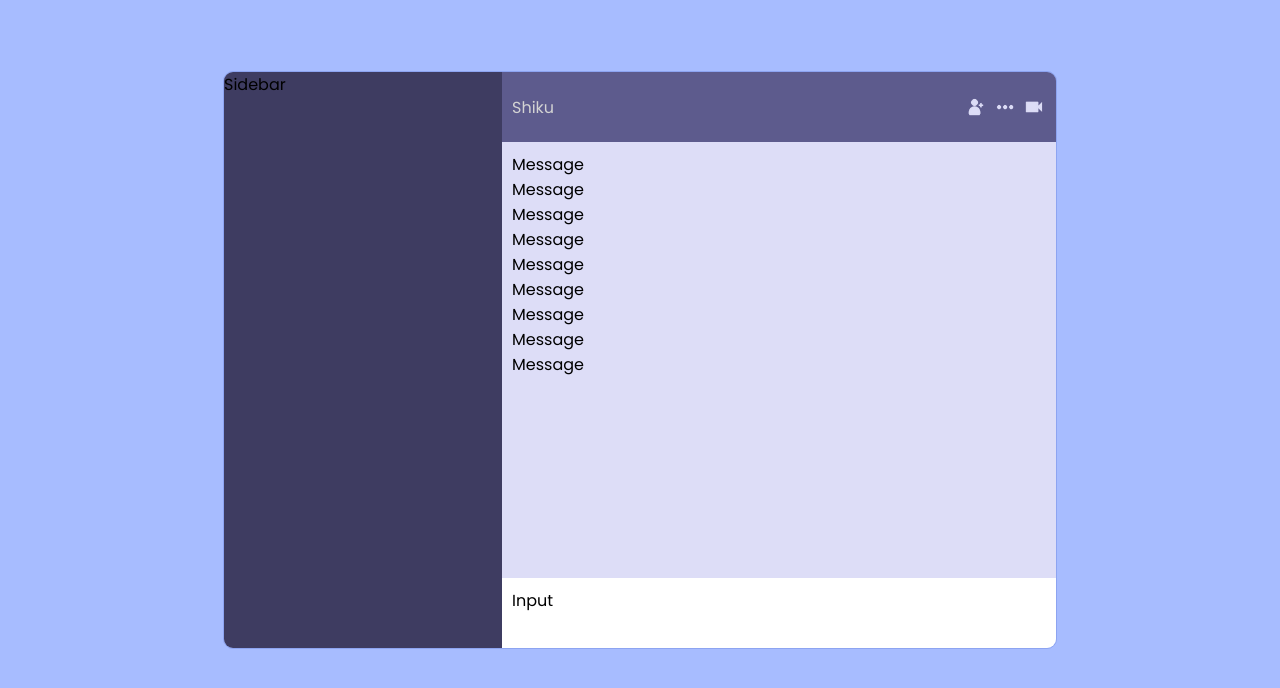
Repository: shikubro90/chatapp
Page: /
These files come from the project's save history. The page is drawn as it stood at one moment and after a run of saves; the edit follows.
The browser window is 1280 px wide. The pictures show the whole page.
The project was rebuilt for these pictures with package versions that can differ from the ones it lists, and the page was loaded fresh each time. Also part of the build but not shown: src/pages/Login.jsx, src/pages/Register.jsx.

Above is the page before, as saved 2022-09-14 20:23:12.

After the next 10 saves:
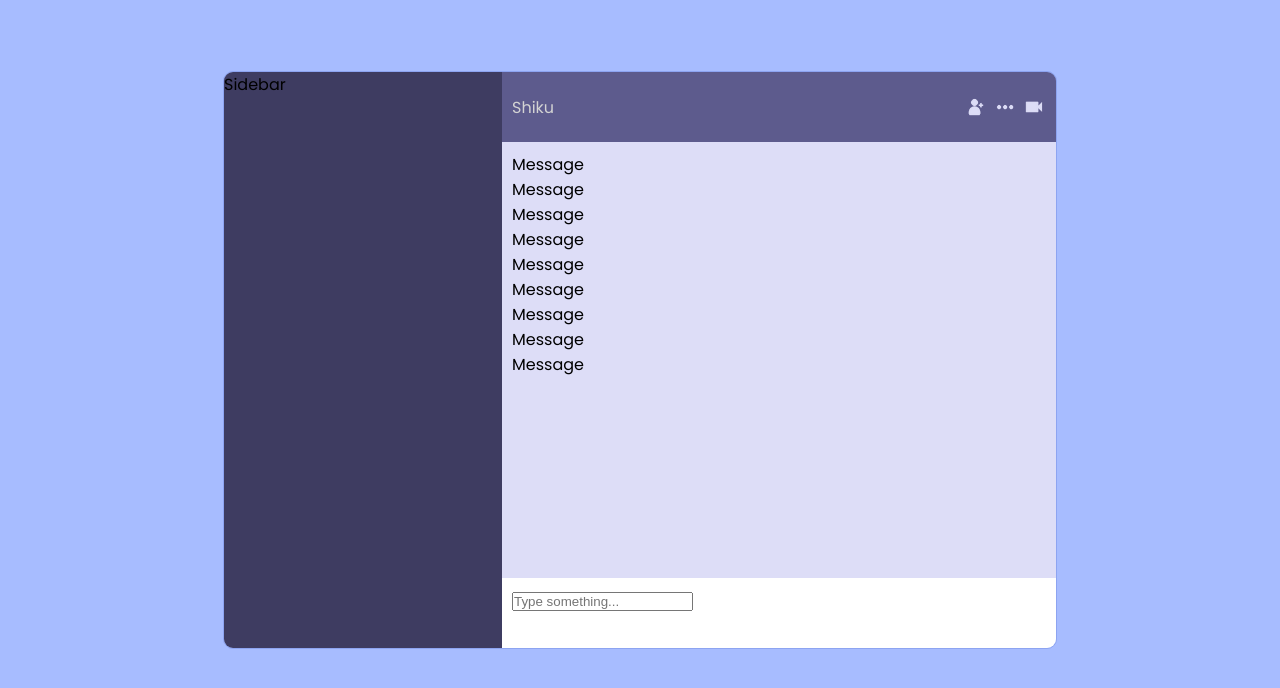
The 10 saves are shown as one change because they came seconds apart.
The last was saved 22 s later.
--- a/src/Components/Input.jsx
+++ b/src/Components/Input.jsx
@@ -3,7 +3,10 @@ import React from 'react'
 const Input = () => {
   return (
     <div className='input'>
-      Input
+      <input type="text" placeholder='Type something...' />
+      <div>
+
+      </div>
     </div>
   )
 }
